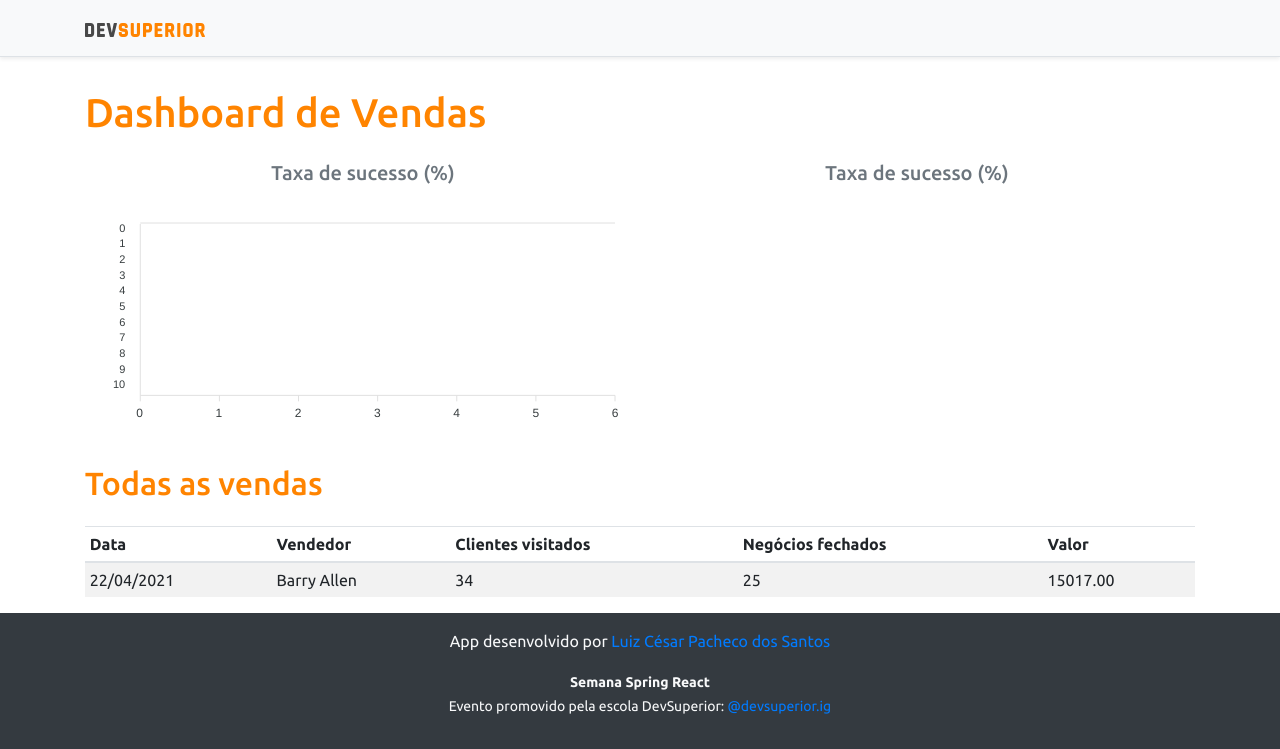
Repository: lcpsantos/projeto-sds3
Page: /dashboard (app in frontend/)
The author's editor kept a copy of each file at every save. The page is drawn from the files as they stood at one save, then again after the next save.
The browser window is 1280 px wide. The pictures show the whole page.
The page's requests for data from a server got no answer. The project was rebuilt for these pictures with package versions that can differ from the ones it lists, and the page was loaded fresh each time. No one was signed in, and anything a server would have sent is missing. Also part of the build but not shown: frontend/src/pages/Home/index.tsx.

Above is the page before, as saved 2021-05-09 16:04:50.

### frontend/public/index.html
<!DOCTYPE html>
<html lang="pt_BR">
  <head>
    <meta charset="utf-8" />
    <link rel="icon" href="%PUBLIC_URL%/favicon.ico" />
    <meta name="viewport" content="width=device-width, initial-scale=1" />
    <meta name="theme-color" content="#000000" />
    <meta
      name="description"
      content="Este app foi desenvolvido na Semana Spring React"
    />
    <title>DSVendas</title>
  </head>
  <body>
    <noscript>You need to enable JavaScript to run this app.</noscript>
    <div id="root"></div>
  </body>
</html>

### frontend/src/Routes.tsx
import React from "react";
import { BrowserRouter, Route, Switch } from "react-router-dom";
import Home from "./pages/Home";
import Dashboard from "./pages/Dashboard";

const Routes = () => {
  return (
    <BrowserRouter>
      <Switch>
        <Route path="/" exact>
          <Home />
        </Route>
        <Route path="/dashboard">
          <Dashboard />
        </Route>
      </Switch>
    </BrowserRouter>
  );
};

export default Routes;

### frontend/src/pages/Dashboard/index.tsx
import BarChart from "components/BarChart";
import DataTable from "components/DataTable";
import DonutChart from "components/DonutChart";
import Footer from "components/Footer";
import NavBar from "components/NavBar";

const Dashboard = () => {
  return (
    <>
      <NavBar />
      <div className="container">
        <h1 className="text-primary py-3">Dashboard de Vendas</h1>
        <div className="row px-3">
          <div className="col-sm-6">
            <h5 className="text-center text-secondary">Taxa de sucesso (%)</h5>
            <BarChart />
          </div>
          <div className="col-sm-6">
            <h5 className="text-center text-secondary">Taxa de sucesso (%)</h5>
            <DonutChart />
          </div>
        </div>

        <div className="py-3">
          <h2 className="text-primary">Todas as vendas</h2>
        </div>

        <DataTable />
      </div>
      <Footer />
    </>
  );
};

export default Dashboard;

### frontend/src/components/Footer/index.tsx
const Footer = () => {
  return (
    <footer className="footer mt-auto py-3 bg-dark">
      <div className="container">
        <p className="text-light">
          App desenvolvido por{" "}
          <a
            href="https://www.linkedin.com/in/lcpsantos/"
            target="_blank"
            rel="noreferrer"
          >
            Luiz César Pacheco dos Santos
          </a>
        </p>
        <p className="text-light">
          <small>
            <strong>Semana Spring React</strong>
            <br />
            Evento promovido pela escola DevSuperior:{" "}
            <a
              href="https://instagram.com/devsuperior.ig"
              target="_blank"
              rel="noreferrer"
            >
              @devsuperior.ig
            </a>
          </small>
        </p>
      </div>
    </footer>
  );
};

export default Footer;

### frontend/src/components/NavBar/index.tsx
import ImgDsDark from "assets/img/ds-dark.svg";
import { Link } from "react-router-dom";

const NavBar = () => {
  return (
    <div className="d-flex flex-column flex-md-row align-items-center p-3 px-md-4 mb-3 bg-light border-bottom shadow-sm">
      <div className="container">
        <nav className="my-2 my-md-0 mr-md-3">
          <Link to="/">
            <img src={ImgDsDark} alt="DevSuperior" width="120" />
          </Link>
        </nav>
      </div>
    </div>
  );
};

export default NavBar;

### frontend/src/components/BarChart/index.tsx
import axios from "axios";
import { useEffect, useState } from "react";
import Chart from "react-apexcharts";
import { SaleSucess } from "types/sale";
import { round } from "utils/format";
import { BASE_URL } from "utils/requests";

type SeriesData = {
  name: string;
  data: number[];
};

type ChartData = {
  labels: {
    categories: string[];
  };
  series: SeriesData[];
};

const BarChart = () => {
  const [chartData, setChartData] = useState<ChartData>({
    labels: {
      categories: [],
    },
    series: [
      {
        name: "",
        data: [],
      },
    ],
  });

  useEffect(() => {
    axios.get(`${BASE_URL}/sales/sucess-by-seller`).then((response) => {
      const data = response.data as SaleSucess[];
      const myLabels = data.map((x) => x.sellerName);
      const mySeries = data.map((x) => round((100.0 * x.deals) / x.visited, 1));

      setChartData({
        labels: {
          categories: myLabels,
        },
        series: [
          {
            name: "% Sucess",
            data: mySeries,
          },
        ],
      });
    });
  }, []);

  const options = {
    plotOptions: {
      bar: {
        horizontal: true,
      },
    },
  };

  return (
    <Chart
      options={{ ...options, xaxis: chartData.labels }}
      series={chartData.series}
      type="bar"
      height="240"
    />
  );
};

export default BarChart;

### frontend/src/components/DataTable/index.tsx
import { useState } from "react";
import { SalePage } from "types/sale";

const DataTable = () => {

  const [page, setPage] = useState<SalePage>({
    first: true,
    last: true,
    number: 0,
    totalElements: 0,
    totalPages: 0
  });

  return (
    <div className="table-responsive">
      <table className="table table-striped table-sm">
        <thead>
          <tr>
            <th>Data</th>
            <th>Vendedor</th>
            <th>Clientes visitados</th>
            <th>Negócios fechados</th>
            <th>Valor</th>
          </tr>
        </thead>
        <tbody>
          <tr>
            <td>22/04/2021</td>
            <td>Barry Allen</td>
            <td>34</td>
            <td>25</td>
            <td>15017.00</td>
          </tr>
        </tbody>
      </table>
    </div>
  );
};

export default DataTable;

### frontend/src/components/DonutChart/index.tsx
import axios from "axios";
import { useEffect, useState } from "react";
import Chart from "react-apexcharts";
import { SaleSum } from "types/sale";
import { BASE_URL } from "utils/requests";

type ChartData = {
  labels: string[];
  series: number[];
};

const DonutChart = () => {
  const [chartData, setChartData] = useState<ChartData>({
    labels: [],
    series: [],
  });

  useEffect(() => {
    axios.get(`${BASE_URL}/sales/amount-by-seller`).then((response) => {
      const data = response.data as SaleSum[];
      const myLabels = data.map((x) => x.sellerName);
      const mySeries = data.map((x) => x.sum);

      setChartData({ labels: myLabels, series: mySeries });
    });
  }, []);

  //const mockData = {
  //    series: [477138, 499928, 444867, 220426, 473088],
  //    labels: ['Anakin', 'Barry Allen', 'Kal-El', 'Logan', 'Padmé']
  //}

  const options = {
    legend: {
      show: true,
    },
  };
  return (
    <Chart
      options={{ ...options, labels: chartData.labels }}
      series={chartData.series}
      type="donut"
      height="240"
    />
  );
};

export default DonutChart;

Loaded but not shown: frontend/src/index.tsx (common file); frontend/src/assets/css/styles.css (common file); frontend/src/App.tsx (common file); frontend/src/utils/format.ts (common file); frontend/src/utils/requests.ts (common file)

After the next save:
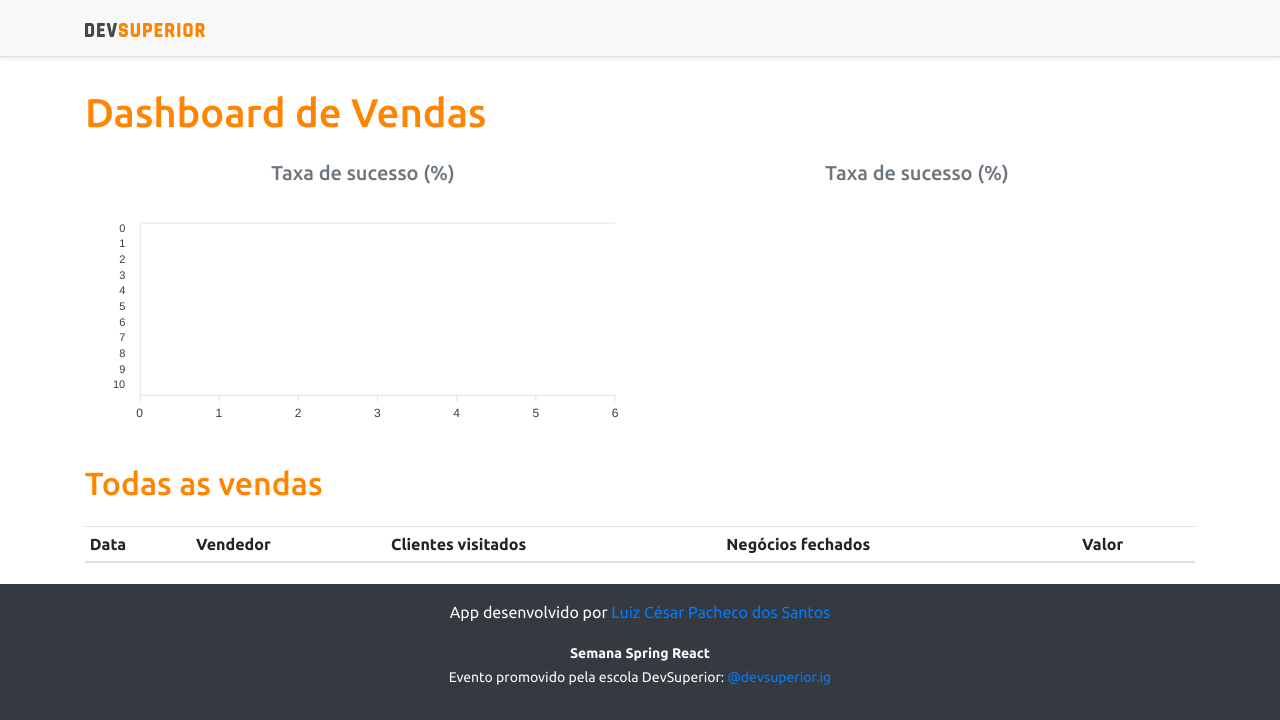
Saved 18 min 4 s later.
--- a/frontend/src/components/DataTable/index.tsx
+++ b/frontend/src/components/DataTable/index.tsx
@@ -1,15 +1,25 @@
-import { useState } from "react";
+import axios from "axios";
+import { useEffect, useState } from "react";
 import { SalePage } from "types/sale";
+import { formatLocalDate } from "utils/format";
+import { BASE_URL } from "utils/requests";
 
 const DataTable = () => {
-
   const [page, setPage] = useState<SalePage>({
     first: true,
     last: true,
     number: 0,
     totalElements: 0,
-    totalPages: 0
+    totalPages: 0,
   });
+
+  useEffect(() => {
+    axios
+      .get(`${BASE_URL}//sales?page=0&size=10&sort=date,desc`)
+      .then((response) => {
+        setPage(response.data);
+      });
+  }, []);
 
   return (
     <div className="table-responsive">
@@ -24,13 +34,15 @@ const DataTable = () => {
           </tr>
         </thead>
         <tbody>
-          <tr>
-            <td>22/04/2021</td>
-            <td>Barry Allen</td>
-            <td>34</td>
-            <td>25</td>
-            <td>15017.00</td>
-          </tr>
+          {page.content?.map(item => (
+            <tr key={item.id}>
+              <td>{formatLocalDate(item.data, "dd/MM/yyyy")}</td>
+              <td>{item.seller.name}</td>
+              <td>{item.visited}</td>
+              <td>{item.deals}</td>
+              <td>{item.amount.toFixed(2)}</td>
+            </tr>
+          ))}
         </tbody>
       </table>
     </div>
